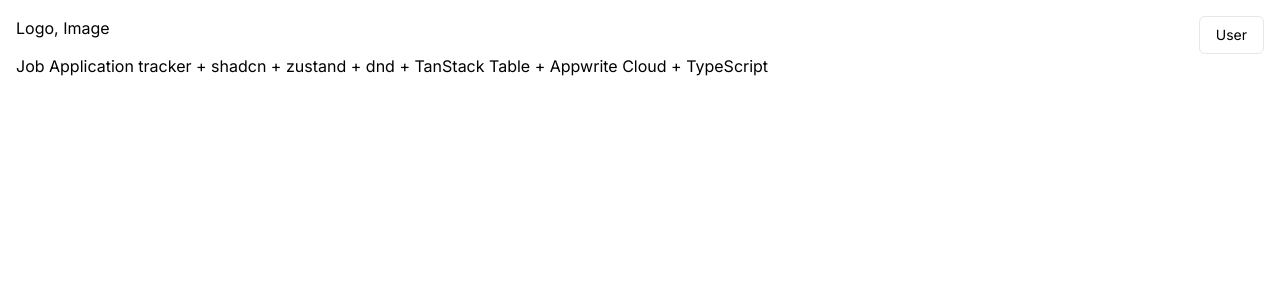
Repository: Vasil1001/job-applications-tracker-nextjs
Page: /
These files come from the project's save history. The page is drawn as it stood at one moment and after a run of saves; the edit follows.
The browser window is 1280 px wide. The pictures show the whole page.
The project was rebuilt for these pictures with package versions that can differ from the ones it lists, and the page was loaded fresh each time. The framework's server and built-in components were replaced by stand-ins that run in the browser. Also part of the build but not shown: next.config.js.

Above is the page before, as saved 2023-06-24 15:33:17.

### app/layout.tsx
import "./globals.css";
import { Inter } from "next/font/google";

const inter = Inter({ subsets: ["latin"] });

export const metadata = {
  title: "Job Tracker",
  description: "Generated by create next app",
};

export default function RootLayout({
  children,
}: {
  children: React.ReactNode;
}) {
  return (
    <html lang="en">
      <body suppressHydrationWarning={true} className={inter.className}>{children}</body>
    </html>
  );
}

### app/page.tsx
import Header from "@/components/Header";
import Image from "next/image";

export default function Home() {
  return (
    <main className="flex min-h-screen min-w-screen flex-col justify-between p-4">
      {/* Header Component */}
      <Header />

      {/* Board dnd Component */}

    </main>
  );
}

### components/Header.tsx
import React from "react";

export default function Header() {
  return (
    <div>
      <div className="flex justify-between">
        <div>Logo, Image </div>
        <div className="flex gap-2.5">

          <button className="py-2 px-4 text-black border focus-visible:outline-none focus-visible:ring-1 focus:ring-gray-400 bg-white border-gray-200 sm:text-sm rounded-md hover:border-gray-300 ">
            User
          </button>
        </div>
      </div>

      <h1>
        Job Application tracker + shadcn + zustand + dnd + TanStack Table +
        Appwrite Cloud + TypeScript
      </h1>
    </div>
  );
}

### components/navbar/SearchBar.tsx
import React from "react";

export default function SearchBar() {
  return (
    <div className="relative">
      <span className="absolute inset-y-0 left-0 flex items-center pl-3">
        <svg
          className="w-5 h-5 text-gray-400"
          viewBox="0 0 24 24"
          fill="none"
        ></svg>
      </span>

      <input
        type="text"
        className="w-full py-2 pl-10 pr-4 border focus-visible:outline-none focus-visible:ring-1 focus:ring-gray-400 text-black bg-white border-gray-200 sm:text-sm rounded-md hover:border-gray-300 placeholder:text-gray-400 focus:placeholder:text-gray-500"
        placeholder="Search"
      />
    </div>
  );
}

Loaded but not shown: app/globals.css (common file); tailwind.config.js (common file)

After the next 3 saves:
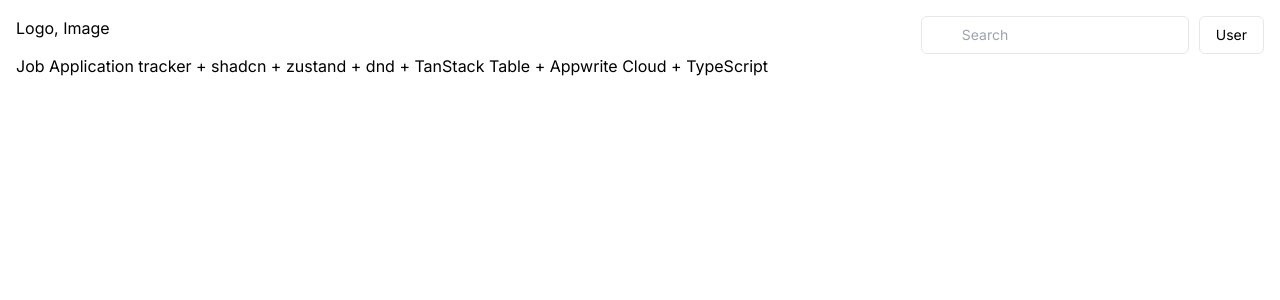
The 3 saves are shown as one change because they came seconds apart.
The last was saved 28 s later.
--- a/components/Header.tsx
+++ b/components/Header.tsx
@@ -1,4 +1,5 @@
 import React from "react";
+import SearchBar from "./navbar/SearchBar";
 
 export default function Header() {
   return (
@@ -6,7 +7,7 @@ export default function Header() {
       <div className="flex justify-between">
         <div>Logo, Image </div>
         <div className="flex gap-2.5">
-
+          <SearchBar/>
           <button className="py-2 px-4 text-black border focus-visible:outline-none focus-visible:ring-1 focus:ring-gray-400 bg-white border-gray-200 sm:text-sm rounded-md hover:border-gray-300 ">
             User
           </button>
